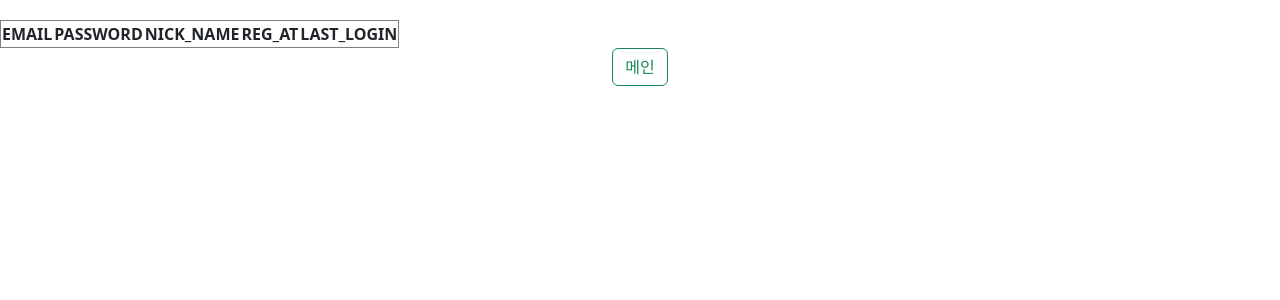
Repository: Raneechoi/java2022_09_03
Page: http://localhost/Project/mem/list
An editor plug-in stored every save of this project. The page is shown before and after the next save, followed by the edit.
The browser window is 1280 px wide. The pictures show the whole page.
The page is served by Tomcat 9. Other server files are loaded and not shown. Queries for data that is not in the repository find no rows.

Above is the page before, as saved 2022-12-08 05:45:38.

### JSP_Board&Member/Project/src/main/webapp/member/list.jsp
<%@ page language="java" contentType="text/html; charset=UTF-8"
    pageEncoding="UTF-8"%>
<%@ taglib uri="http://java.sun.com/jsp/jstl/core" prefix="c" %>
<!DOCTYPE html>
<html>
<head>
<meta charset="UTF-8">
<title>Insert title here</title>
<!-- CSS only -->
<link href="https://cdn.jsdelivr.net/npm/bootstrap@5.2.2/dist/css/bootstrap.min.css" rel="stylesheet" integrity="sha384-Zenh87qX5JnK2Jl0vWa8Ck2rdkQ2Bzep5IDxbcnCeuOxjzrPF/et3URy9Bv1WTRi" crossorigin="anonymous">
<!-- JavaScript Bundle with Popper -->
<script src="https://cdn.jsdelivr.net/npm/bootstrap@5.2.2/dist/js/bootstrap.bundle.min.js" integrity="sha384-OERcA2EqjJCMA+/3y+gxIOqMEjwtxJY7qPCqsdltbNJuaOe923+mo//f6V8Qbsw3" crossorigin="anonymous"></script>
</head>
<body style="text-align: center; margin-top: 20px">
	<table border="1">
		<tr>
			<th>EMAIL</th>
			<th>PASSWORD</th>
			<th>NICK_NAME</th>
			<th>REG_AT</th>
			<th>LAST_LOGIN</th>
		</tr>
		<c:forEach items="${list}" var="mvo">
			<tr>
				<td>${mvo.email }</td>
				<td>${mvo.pwd }</td>
				<td>${mvo.nick_name }</td>
				<td>${mvo.reg_at }</td>
				<td>${mvo.last_login }</td>
			</tr>
		</c:forEach>
	</table>
	<a href="/"><button type="button"  class="btn btn-outline-success">메인</button></a>

</body>
</html>

### JSP_Board&Member/Project/src/main/java/controller/MemberController.java
package controller;

import java.io.IOException;
import java.util.List;

import javax.servlet.RequestDispatcher;
import javax.servlet.ServletException;
import javax.servlet.annotation.WebServlet;
import javax.servlet.http.HttpServlet;
import javax.servlet.http.HttpServletRequest;
import javax.servlet.http.HttpServletResponse;
import javax.servlet.http.HttpSession;

import org.slf4j.Logger;
import org.slf4j.LoggerFactory;

import domain.MemberVO;
import service.MemberService;
import service.MemberServiceImpl;


@WebServlet("/mem/*")
public class MemberController extends HttpServlet {
	private static final long serialVersionUID = 1L;
	private static final Logger log = LoggerFactory.getLogger(MemberController.class);
    private RequestDispatcher rdp;
    private String destPage; //목적지 주소 기록 변수
    private int isOK;

    private MemberService msv; // interface로 생성 - service패키지에

    public MemberController() {
    	msv = new MemberServiceImpl();
    }

	protected void service(HttpServletRequest req, HttpServletResponse res) throws ServletException, IOException {
		req.setCharacterEncoding("utf-8");
		res.setCharacterEncoding("utf-8");
		res.setContentType("text/html; charset=utf-8");

		String uri = req.getRequestURI();
		String path = uri.substring(uri.lastIndexOf("/")+1);

		log.info(">>> URI > "+uri);
		log.info(">>> Path > "+path);
		switch (path) {
		case "login":
			destPage = "/member/login.jsp";
			break;

		case "login_auth":
			try {
				MemberVO mvo = msv.login(
						new MemberVO(
								req.getParameter("email"),
								req.getParameter("pwd")
								));
				log.info("login 객체 input");
				if(mvo != null) {
					//세션 가져오기. 연결된 세션이 없다면 새로 생성
					HttpSession ses = req.getSession();
					//ses로 mvo를 바인딩
					ses.setAttribute("ses", mvo);
					ses.setMaxInactiveInterval(10*60);  // 로그인 유지시간(10분)
				}else {
					req.setAttribute("msg_login", 0);
				}
				destPage="/";

			} catch (Exception e) {
				// TODO: handle exception
				e.printStackTrace();
			}
			break;

		case "join":
			try {
				destPage = "/member/join.jsp";
			} catch (Exception e) {
				e.printStackTrace();
			}
			break;

		case "register":
			isOK = msv.register(new MemberVO(
					req.getParameter("email"),
					req.getParameter("pwd"),
					req.getParameter("nick_name")
					));
			log.info(">>> join > "+(isOK > 0 ?"ok" :"fail"));
			destPage="login";
			break;

		case "logout":
			// 연결된 세션이 있다면 해당 세션을 가져오기
			try {
				HttpSession ses = req.getSession();
				ses.invalidate();  // 세션 끊기
				// 로그인된 email을 주고 로그인 시간 update
				isOK = msv.lastLogin(req.getParameter("email"));
				log.info(">>> lastLogin > "+(isOK > 0 ?"ok" :"fail"));
				destPage="/index.jsp";
			} catch (Exception e) {
				e.printStackTrace();
			}
			break;

		case "list":
			try {
				List<MemberVO> list = msv.getlist();
				req.setAttribute("list", list);
				destPage="/member/list.jsp";
			} catch (Exception e) {
				e.printStackTrace();
			}
			break;

		case "modify":
			try {
				log.info("modify check 1");
				MemberVO mvo = msv.selectOne(req.getParameter("email"));
				req.setAttribute("mvo", mvo);

				log.info("modify check 2");
				destPage = "/member/update.jsp";
			} catch (Exception e) {
				e.printStackTrace();
			}
			break;

		case "update":
			try {
				MemberVO mvo = new MemberVO(req.getParameter("email"), req.getParameter("pwd"), req.getParameter("nick_name"));
				int isOk = msv.update(mvo);
				destPage = "/";
			} catch (Exception e) {
				e.printStackTrace();
			}
			break;

		case "remove":
			try {
				HttpSession ses = req.getSession();
				ses.invalidate();  // 세션 끊기
				// 로그인된 email을 주고 로그인 시간 update
				isOK = msv.remove(req.getParameter("email"));
				log.info(">>> remove > "+(isOK > 0 ?"ok" :"fail"));
				destPage="/";

			} catch (Exception e) {
				e.printStackTrace();
			}
			break;

		default:
			break;
		}
		// 목적지 주소 값 세팅
		rdp = req.getRequestDispatcher(destPage);
		// 정보 싣고 보내기
		rdp.forward(req, res);
	}

	protected void doGet(HttpServletRequest req, HttpServletResponse res) throws ServletException, IOException {
		service(req, res);
	}

	protected void doPost(HttpServletRequest req, HttpServletResponse res) throws ServletException, IOException {
		service(req, res);
	}
}

### JSP_Board&Member/Project/src/main/java/service/MemberServiceImpl.java
package service;

import java.util.List;

import org.slf4j.Logger;
import org.slf4j.LoggerFactory;

import controller.MemberController;
import domain.MemberVO;
import repository.MemberDAO;
import repository.MemberDAOImpl;

public class MemberServiceImpl implements MemberService {

	private MemberDAO mdao;
	private static final Logger log = LoggerFactory.getLogger(MemberController.class);

	public MemberServiceImpl() {
		mdao = new MemberDAOImpl();
	}

	@Override
	public MemberVO login(MemberVO mvo) {
		log.info("login check 2");
		return mdao.selectOne(mvo);
	}

	@Override
	public int register(MemberVO mvo) {
		log.info("register check 2");
		return mdao.insert(mvo);
	}

	@Override
	public int lastLogin(String email) {
		log.info("lastLogin check 2");
		return mdao.update(email);
	}

	@Override
	public List<MemberVO> getlist() {
		log.info("list check 2");
		return mdao.listall();
	}

	@Override
	public int modify(MemberVO mvo) {
		log.info("modify check 2");
		return mdao.update(mvo);
	}

	@Override
	public MemberVO selectOne(String email) {
		// TODO Auto-generated method stub
		return mdao.selectOne(email);
	}

	@Override
	public int update(MemberVO mvo) {
		// TODO Auto-generated method stub
		return mdao.update(mvo);
	}

	@Override
	public int remove(String email) {
		// TODO Auto-generated method stub
		return mdao.remove(email);
	}
}

### JSP_Board&Member/Project/src/main/java/repository/MemberDAO.java
package repository;

import java.util.List;

import domain.MemberVO;

public interface MemberDAO {

	MemberVO selectOne(MemberVO mvo);

	int insert(MemberVO mvo);

	int update(String email);

	List<MemberVO> listall();

	int update(MemberVO mvo);

	MemberVO selectOne(String email);

	int remove(String email);

}

### JSP_Board&Member/Project/src/main/java/repository/MemberDAOImpl.java
package repository;

import java.util.List;

import org.apache.ibatis.session.SqlSession;
import org.slf4j.Logger;
import org.slf4j.LoggerFactory;

import domain.MemberVO;
import orm.DatabaseBuilder;

public class MemberDAOImpl implements MemberDAO {

	private static final Logger log = LoggerFactory.getLogger(MemberDAOImpl.class);
	private SqlSession sql;
	private final String NS = "MemberMapper.";

	public MemberDAOImpl() {
		new DatabaseBuilder();
		sql = DatabaseBuilder.getFactory().openSession();
	}

	@Override
	public MemberVO selectOne(MemberVO mvo) {
		log.info("login check 3");
		return sql.selectOne(NS+"login",mvo);
	}

	@Override
	public int insert(MemberVO mvo) {
		log.info("join check 3");
		int isOK = sql.insert(NS+"reg",mvo);
		if(isOK > 0) {
			sql.commit();
		}
		return isOK;
	}

	@Override
	public int update(String email) {
		log.info("lastLogin check 3");
		int isOK = sql.update(NS+"last", email);
		if(isOK > 0) sql.commit();
		return isOK;
	}

	@Override
	public List<MemberVO> listall() {
		log.info("list check 3");
		return sql.selectList(NS+"list");
	}

	@Override
	public int update(MemberVO mvo) {
		log.info("modify check 3");
		int isOK = sql.update(NS+"modify",mvo);
		if(isOK > 0) sql.commit();
		return isOK;
	}

	@Override
	public MemberVO selectOne(String email) {
		// TODO Auto-generated method stub
		return sql.selectOne(NS+"getOne", email);
	}

	@Override
	public int remove(String email) {
		// TODO Auto-generated method stub
		int isOK = sql.delete(NS+"remove",email);
		if(isOK > 0) sql.commit();
		return isOK;
	}

}

### JSP_Board&Member/Project/src/main/java/orm/DatabaseBuilder.java
package orm;

import org.apache.ibatis.io.Resources;
import org.apache.ibatis.session.SqlSessionFactory;
import org.apache.ibatis.session.SqlSessionFactoryBuilder;

public class DatabaseBuilder {

	private static SqlSessionFactory factory;

	static {
		try {
			factory = new SqlSessionFactoryBuilder()
					.build(Resources.getResourceAsReader("orm/MybatisConfig.xml"));
		} catch (Exception e) {
			e.printStackTrace();
		}
	}

	public static SqlSessionFactory getFactory() {
		return factory;
	}

}

### JSP_Board&Member/Project/src/main/java/domain/MemberVO.java
package domain;

public class MemberVO {

	private String email;
	private String pwd;
	private String nick_name;
	private String reg_at;
	private String last_login;

	public MemberVO() {}

	//login : email, pwd
	public  MemberVO(String email, String pwd) {
		this.email = email;
		this.pwd = pwd;
	}

	// join,modify : email, pwd, nick_name
	public MemberVO(String email, String pwd, String nick_name) {
		this.email = email;
		this.pwd = pwd;
		this.nick_name = nick_name;
	}

	// list : all
	public MemberVO(String email, String pwd, String nick_name, String reg_at, String last_login) {
		this.email = email;
		this.pwd = pwd;
		this.nick_name = nick_name;
		this.reg_at = reg_at;
		this.reg_at = last_login;
	}

	public String getEmail() {
		return email;
	}

	public void setEmail(String email) {
		this.email = email;
	}

	public String getPwd() {
		return pwd;
	}

	public void setPwd(String pwd) {
		this.pwd = pwd;
	}

	public String getNick_name() {
		return nick_name;
	}

	public void setNick_name(String nick_name) {
		this.nick_name = nick_name;
	}

	public String getReg_at() {
		return reg_at;
	}

	public void setReg_at(String reg_at) {
		this.reg_at = reg_at;
	}

	public String getLast_login() {
		return last_login;
	}

	public void setLast_login(String last_login) {
		this.last_login = last_login;
	}

}

### JSP_Board&Member/Project/src/main/java/domain/BoardVO.java
package domain;

public class BoardVO {

	private int bno;
	private String title;
	private String writer;
	private String content;
	private String reg_date;
	private int read_count;
	private String image_file;

	public BoardVO() {}

	// insert(title, writer, content)
	public BoardVO(String title, String writer, String content) {
		this.title = title;
		this.writer = writer;
		this.content = content;
	}

	// list(bno, title, writer, reg_date, read_count)
	public BoardVO(int bno, String title, String writer, String reg_date, int read_count) {
		this.bno = bno;
		this.title = title;
		this.writer = writer;
		this.reg_date = reg_date;
		this.read_count = read_count;
	}

	// detail (all)
	public BoardVO(int bno, String title, String writer, String content, String reg_date, int read_count, String image_file) {
		this.bno = bno;
		this.title = title;
		this.writer = writer;
		this.content = content;
		this.reg_date = reg_date;
		this.read_count = read_count;
		this.image_file = image_file;
	}

	// update(bno, title, content)
	public BoardVO(int bno, String title, String content) {
		this.bno = bno;
		this.title = title;
		this.content = content;
	}

	//(bno, read_count)
	public BoardVO(int bno, int read_count) {
		this.bno = bno;
		this.read_count = read_count;
	}

	public int getBno() {
		return bno;
	}

	public void setBno(int bno) {
		this.bno = bno;
	}

	public String getTitle() {
		return title;
	}

	public void setTitle(String title) {
		this.title = title;
	}

	public String getWriter() {
		return writer;
	}

	public void setWriter(String writer) {
		this.writer = writer;
	}

	public String getContent() {
		return content;
	}

	public void setContent(String content) {
		this.content = content;
	}

	public String getReg_date() {
		return reg_date;
	}

	public void setReg_date(String reg_date) {
		this.reg_date = reg_date;
	}

	public int getRead_count() {
		return read_count;
	}

	public void setRead_count(int read_count) {
		this.read_count = read_count;
	}

	public String getImage_file() {
		return image_file;
	}

	public void setImage_file(String image_file) {
		this.image_file = image_file;
	}

}

### JSP_Board&Member/Project/src/main/java/domain/PagingVO.java
package domain;

public class PagingVO {

	private int pageNo;  // 현재 화면에 출력되는 페이지네이션 번호
	private int qty;     // 한 페이지당 보여줄 게시글 수

	public PagingVO() {  // 페이지네이션을 클릭하기 전 기본 리스트 출력 값
		this(1,10);
	}

	public PagingVO(int pageNo, int qty) {
		this.pageNo = pageNo;
		this.qty = qty;
	}

	public int getPageStart() {
		return (this.pageNo-1)*qty;   // 시작페이지 번호 구하기
	}

	public int getPageNo() {
		return pageNo;
	}

	public void setPageNo(int pageNo) {
		this.pageNo = pageNo;
	}

	public int getQty() {
		return qty;
	}

	public void setQty(int qty) {
		this.qty = qty;
	}


}

### JSP_Board&Member/Project/src/main/java/domain/CommentVO.java
package domain;

public class CommentVO {

	private int cno;
	private int bno;
	private String writer;
	private String content;
	private String reg_at;

	public CommentVO() { }

	// post(bno, writer, content)
	public CommentVO(int bno, String writer, String content) {
		this.bno = bno;
		this.writer = writer;
		this.content = content;
	}

	// modify
	public CommentVO(int cno, String content) {
		this.cno = cno;
		this.content = content;
	}

	// list(bno, cno, writer, content, reg_at)
	public CommentVO(int cno, int bno, String writer, String content, String reg_at) {
		this.cno = cno;
		this.bno = bno;
		this.writer = writer;
		this.content = content;
		this.reg_at = reg_at;
	}

	public int getCno() {
		return cno;
	}

	public void setCno(int cno) {
		this.cno = cno;
	}

	public int getBno() {
		return bno;
	}

	public void setBno(int bno) {
		this.bno = bno;
	}

	public String getWriter() {
		return writer;
	}

	public void setWriter(String writer) {
		this.writer = writer;
	}

	public String getContent() {
		return content;
	}

	public void setContent(String content) {
		this.content = content;
	}

	public String getReg_at() {
		return reg_at;
	}

	public void setReg_at(String reg_at) {
		this.reg_at = reg_at;
	}


}

After the next save:
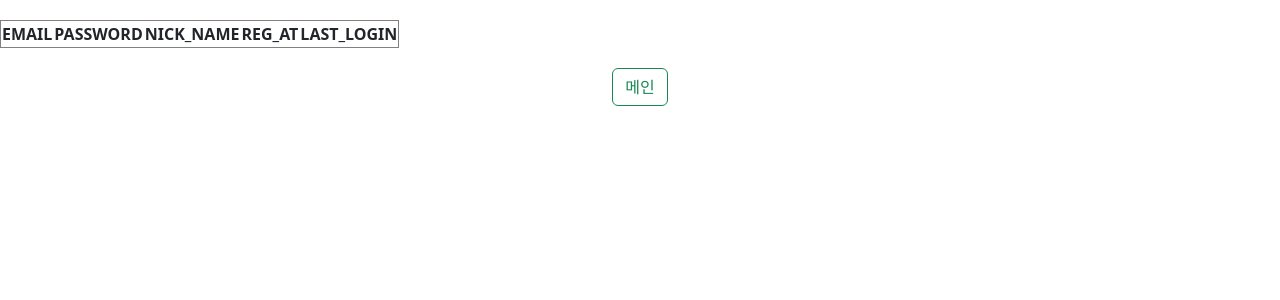
Saved 5 s later.
--- a/JSP_Board&Member/Project/src/main/webapp/member/list.jsp
+++ b/JSP_Board&Member/Project/src/main/webapp/member/list.jsp
@@ -30,7 +30,7 @@
 			</tr>
 		</c:forEach>
 	</table>
-	<a href="/"><button type="button"  class="btn btn-outline-success">메인</button></a>
+	<a href="/"><button type="button"  class="btn btn-outline-success" style="margin-top: 20px">메인</button></a>
 
 </body>
 </html>
